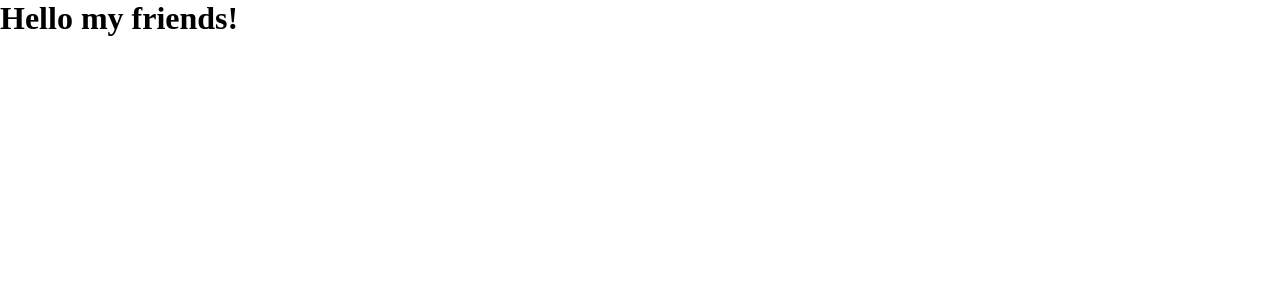
Repository: Seva2705/Countdown-Timer
Page: index.html
These files come from the project's save history. The page is drawn as it stood at one moment and after the next save; the edit follows.
The browser window is 1280 px wide. The pictures show the whole page.

Above is the page before, as saved 2023-07-02 13:59:35.

After the next save:
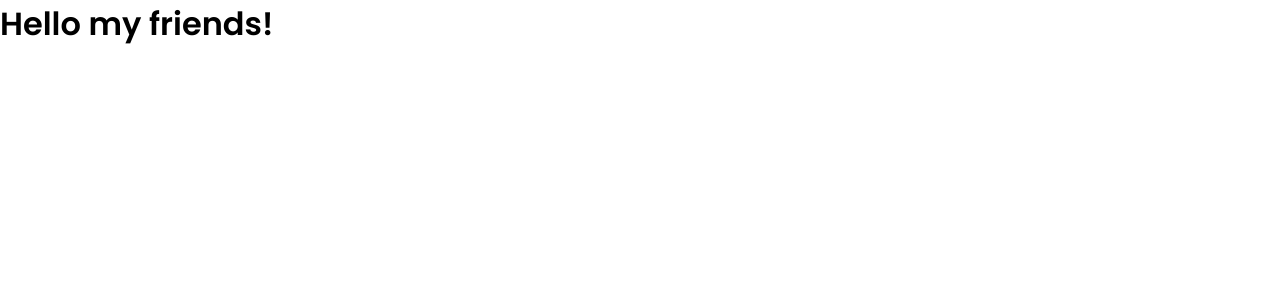
Saved 3 min 17 s later.
--- a/style.css
+++ b/style.css
@@ -1,4 +1,4 @@
-
+@import url('https://fonts.googleapis.com/css2?family=Fredoka:wght@400;500;700&family=Nunito:wght@200;300;400;600;700&family=Poppins:ital,wght@0,200;0,600;1,400&family=Roboto:wght@100;300;400;500;700&display=swap');
 
 
 * {
